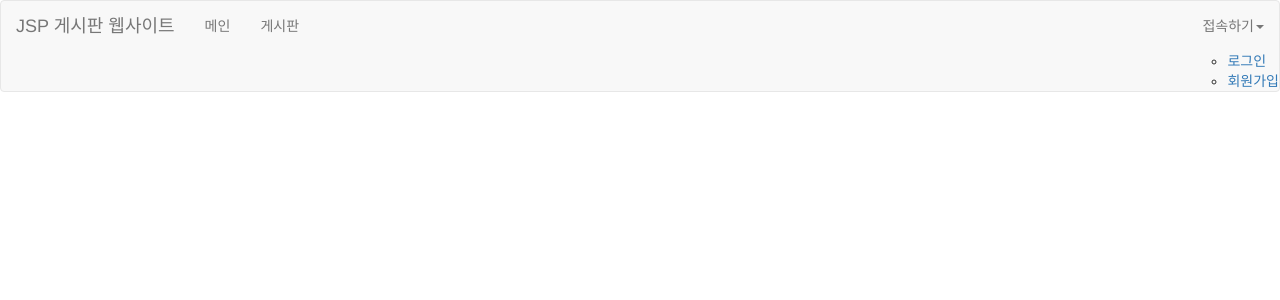
Repository: dofd6220/JSP-
Page: http://localhost/BBS/login.jsp
An editor plug-in stored every save of this project. The page is shown before and after the next save, followed by the edit.
The browser window is 1280 px wide. The pictures show the whole page.
Some web libraries are served in a nearby version. The page is served by Tomcat 9.

Above is the page before, as saved 2023-11-18 11:58:48.

After the next save:
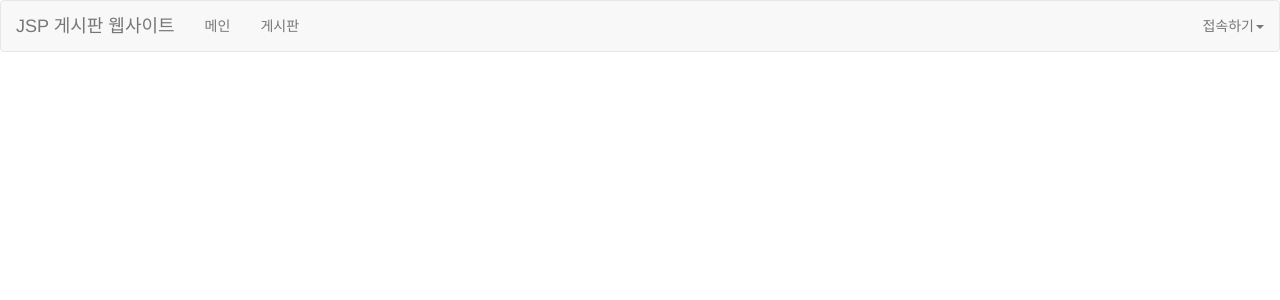
Saved 12 s later.
--- a/BBS/src/main/webapp/login.jsp
+++ b/BBS/src/main/webapp/login.jsp
@@ -32,7 +32,7 @@
 						data-toggle="dropdown" role="button" aria-haspopup="true"
 						aria-expanded="false">접속하기<span class="caret"></span>
 					</a>
-					<ul class="dripdown-menu">
+					<ul class="dropdown-menu">
 						<li class="active"><a href="Login.jsp ">로그인</a></li>
 						<li><a href="join.jsp">회원가입</a></li>
 					</ul>
